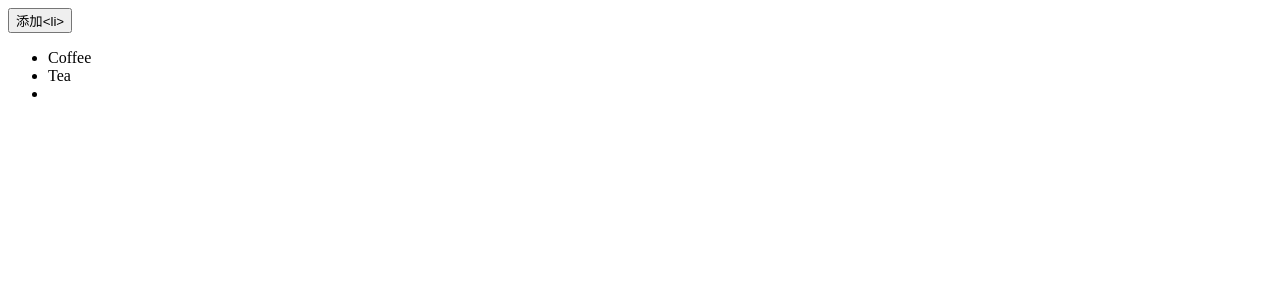
Repository: Jhin7782/HBuilder-Projects
Page: _src/frame/dom节点操作相关/index2.html
These files come from the project's save history. The page is drawn as it stood at one moment and after the next save; the edit follows.
The browser window is 1280 px wide. The pictures show the whole page.
After loading, the first visible `#addEle` was clicked once.

Above is the page before, as saved 2017-06-10 14:37:51.

### _src/frame/dom节点操作相关/index2.html
<!DOCTYPE html>
<html>

	<head>
		<meta charset="utf-8" />
		<title></title>
		<script src="js/EleUtil.js" type="text/javascript" charset="utf-8"></script>
		<script src="js/EventUtil.js" type="text/javascript" charset="utf-8"></script>
	</head>

	<body>
		<button id="addEle">添加&lt;li&gt;</button>
		<ul class="myList">
			<li>Coffee</li>
			<li>Tea</li>
		</ul>

		<script>
			var addEle = document.getElementById("addEle");

			var arr = [
				"water1",
				"water2",
				"water3",
				100,
				200,
				300
			];
			var arr1 = [];
			EventUtil.addHandler(addEle, "click", function() {
				EleUtil.createEle("myList", "li", "drink-menu", "id", arr1);
			});


			function myFunction() {
				var newItem = document.createElement("li");
				var textNode = document.createTextNode("Water");
				newItem.appendChild(textNode);
				list.insertBefore(newItem, list.childNodes[0]);
			}
		</script>
	</body>

</html>

### _src/frame/dom节点操作相关/js/EleUtil.js
var EleUtil = {
	createEle: function createEle(parentNode_className, ele_name, ele_className, ele_id, textNode, ele_src) {
		var parentNode_NL = document.getElementsByClassName(parentNode_className);
		for(var i = 0; i < parentNode_NL.length; i++) {
			var newEle = document.createElement(ele_name);
			if(ele_className) { //(undefined || "") == false
				newEle.className = ele_className;
			}
			if(ele_id) {
				var newEle_NL = document.getElementsByClassName(ele_className);
				console.log(newEle_NL.length);
				newEle["id"] = parentNode_className + "_" + ele_className + "_" + ele_name + newEle_NL.length;
			}
			if(textNode) {
				var textNode = document.createTextNode(textNode);
				newEle.appendChild(textNode);
			}
			if(ele_src) {
				newEle.src = ele_src;
			}
			parentNode_NL[i].appendChild(newEle);
			return newEle;
		}
	}
}

### _src/frame/dom节点操作相关/js/EventUtil.js
var EventUtil = {
	addHandler: function(element, type, handler) { //添加事件
		if(element.addEventListener) {
			element.addEventListener(type, handler, false); //使用DOM2级方法添加事件
		} else if(element.attachEvent) { //使用IE方法添加事件
			element.attachEvent("on" + type, handler);
		} else {
			element["on" + type] = handler; //使用DOM0级方法添加事件
		}
	},

	removeHandler: function(element, type, handler) { //取消事件
		if(element.removeEventListener) {
			element.removeEventListener(type, handler, false);
		} else if(element.detachEvent) {
			element.detachEvent("on" + type, handler);
		} else {
			element["on" + type] = null;
		}
	},

	getEvent: function(event) { //使用这个方法跨浏览器取得event对象
		return event ? event : window.event;
	},

	getTarget: function(event) { //返回事件的实际目标
		return event.target || event.srcElement;
	},

	preventDefault: function(event) { //阻止事件的默认行为
		if(event.preventDefault) {
			event.preventDefault();
		} else {
			event.returnValue = false;
		}
	},

	stopPropagation: function(event) { //立即停止事件在DOM中的传播
		//避免触发注册在document.body上面的事件处理程序
		if(event.stopPropagation) {
			event.stopPropagation();
		} else {
			event.cancelBubble = true;
		}
	},

	getRelatedTarget: function(event) { //获取mouseover和mouseout相关元素
		if(event.relatedTarget) {
			return event.relatedTarget;
		} else if(event.toElement) { //兼容IE8-
			return event.toElement;
		} else if(event.formElement) {
			return event.formElement;
		} else {
			return null;
		}
	},

	getButton: function(event) { //获取mousedown或mouseup按下或释放的按钮是鼠标中的哪一个
		if(document.implementation.hasFeature("MouseEvents", "2.0")) {
			return event.button;
		} else {
			switch(event.button) { //将IE模型下的button属性映射为DOM模型下的button属性
				case 0:
				case 1:
				case 3:
				case 5:
				case 7:
					return 0; //按下的是鼠标主按钮（一般是左键）
				case 2:
				case 6:
					return 2; //按下的是中间的鼠标按钮
				case 4:
					return 1; //鼠标次按钮（一般是右键）
			}
		}
	},

	getWheelDelta: function(event) { //获取表示鼠标滚轮滚动方向的数值
		if(event.wheelDelta) {
			return event.wheelDelta;
		} else {
			return -event.detail * 40;
		}
	},

	getCharCode: function(event) { //以跨浏览器取得相同的字符编码，需在keypress事件中使用
		if(typeof event.charCode == "number") {
			return event.charCode;
		} else {
			return event.keyCode;
		}
	}

};

After the next save:
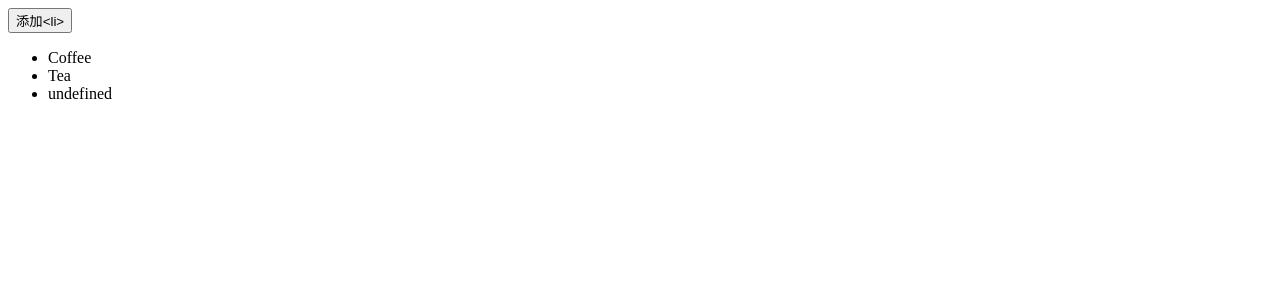
Saved 86 s later.
--- a/_src/frame/dom节点操作相关/js/EleUtil.js
+++ b/_src/frame/dom节点操作相关/js/EleUtil.js
@@ -1,5 +1,5 @@
 var EleUtil = {
-	createEle: function createEle(parentNode_className, ele_name, ele_className, ele_id, textNode, ele_src) {
+	createEle: function createEle(parentNode_className, ele_name, ele_className, ele_id, arr, ele_src) {
 		var parentNode_NL = document.getElementsByClassName(parentNode_className);
 		for(var i = 0; i < parentNode_NL.length; i++) {
 			var newEle = document.createElement(ele_name);
@@ -11,10 +11,13 @@
 				console.log(newEle_NL.length);
 				newEle["id"] = parentNode_className + "_" + ele_className + "_" + ele_name + newEle_NL.length;
 			}
-			if(textNode) {
+			if(arr) {
+				console.log(arr.length);
 				var textNode = document.createTextNode(textNode);
 				newEle.appendChild(textNode);
 			}
+			console.log(arr.length);
+
 			if(ele_src) {
 				newEle.src = ele_src;
 			}

After the save that followed:
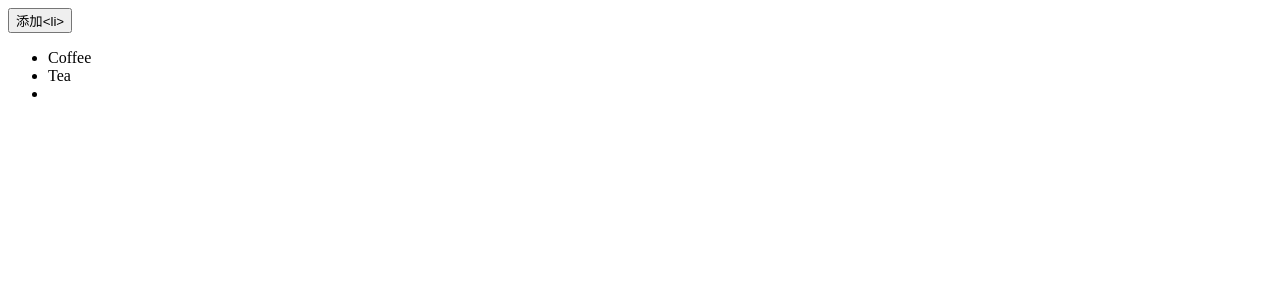
Saved 38 s later.
--- a/_src/frame/dom节点操作相关/js/EleUtil.js
+++ b/_src/frame/dom节点操作相关/js/EleUtil.js
@@ -11,7 +11,7 @@
 				console.log(newEle_NL.length);
 				newEle["id"] = parentNode_className + "_" + ele_className + "_" + ele_name + newEle_NL.length;
 			}
-			if(arr) {
+			if(arr && arr.length != 0) {
 				console.log(arr.length);
 				var textNode = document.createTextNode(textNode);
 				newEle.appendChild(textNode);
